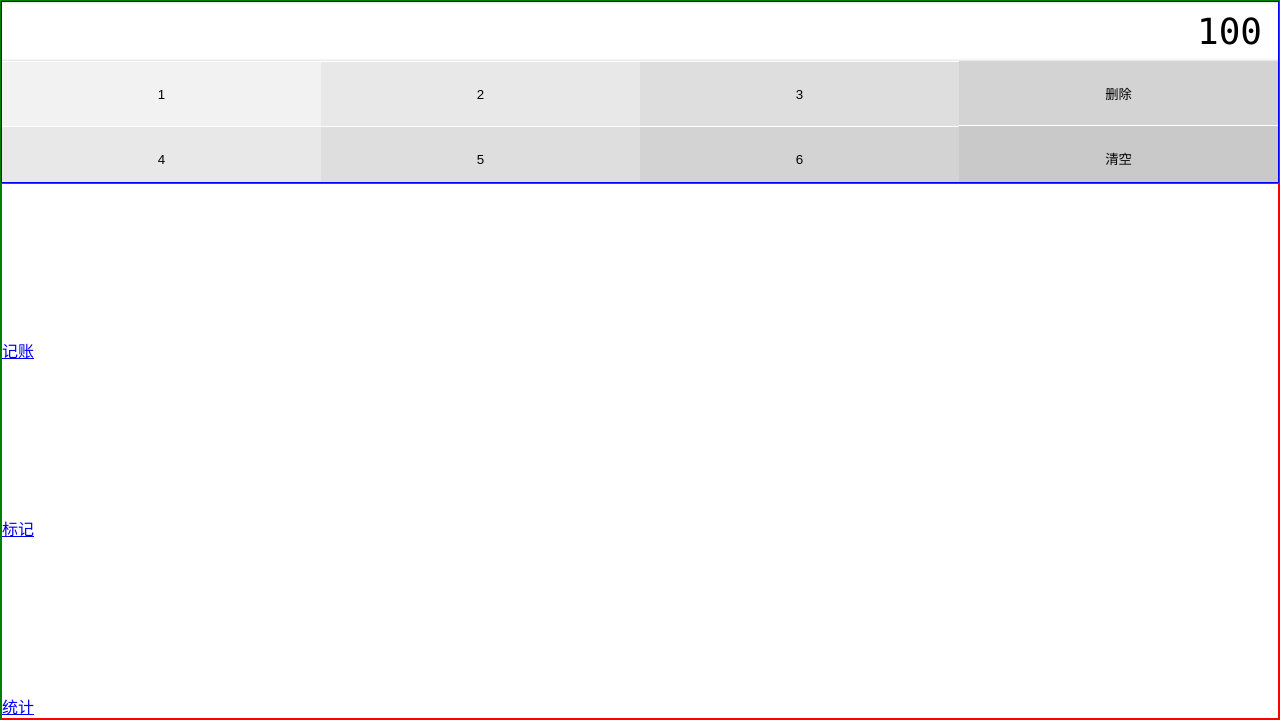
Repository: jiujiu407/bookkeeping
Page: /
The author's editor kept a copy of each file at every save. The page is drawn from the files as they stood at one save, then again after a run of saves.
The browser window is 1280 px wide. The pictures show the whole page.
The project was rebuilt for these pictures with package versions that can differ from the ones it lists, and the page was loaded fresh each time. Also part of the build but not shown: vue.config.js, src/views/Labels.vue, src/views/Statistics.vue, src/views/NotFound.vue.

Above is the page before, as saved 2021-10-18 14:31:06.

After the next 3 saves:
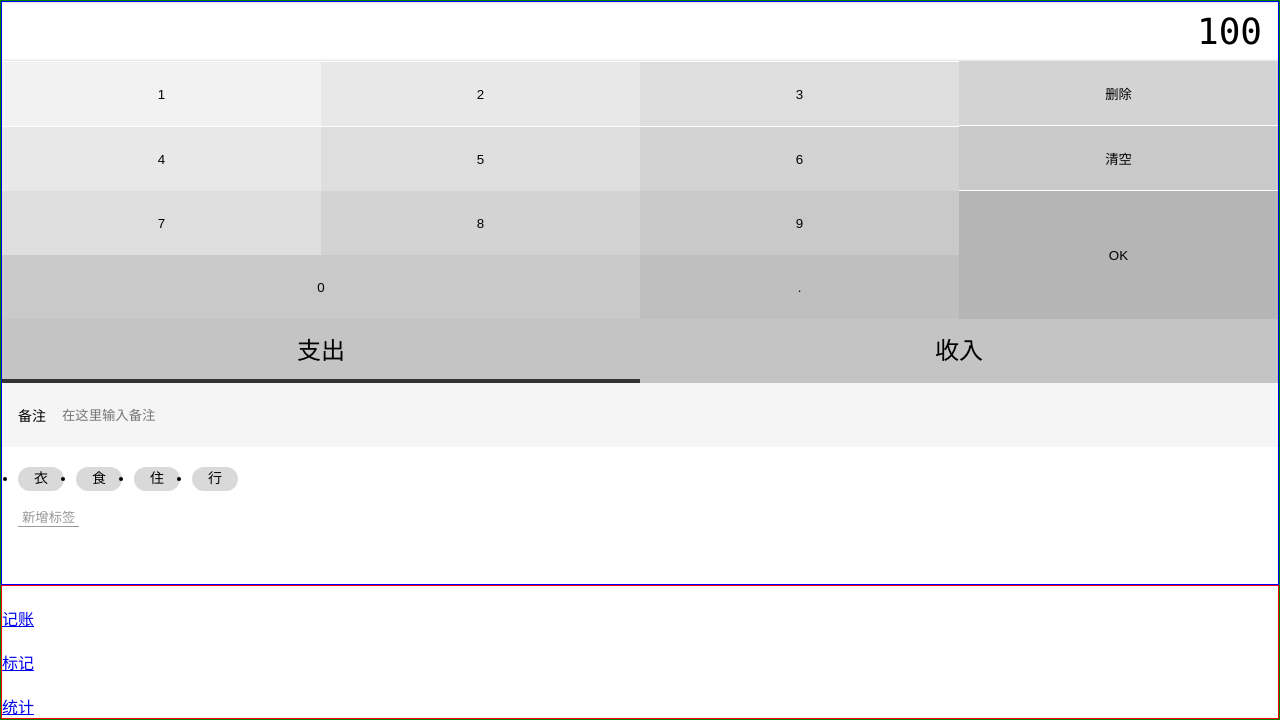
The 3 saves are shown as one change because they came seconds apart.
The last was saved 9 s later.
--- a/src/components/Icon.vue
+++ b/src/components/Icon.vue
@@ -21,5 +21,6 @@ try{
 <style lang="scss" scoped>
    .icon{
        width: 1em;
+       height: 1em;
    }
 </style>
